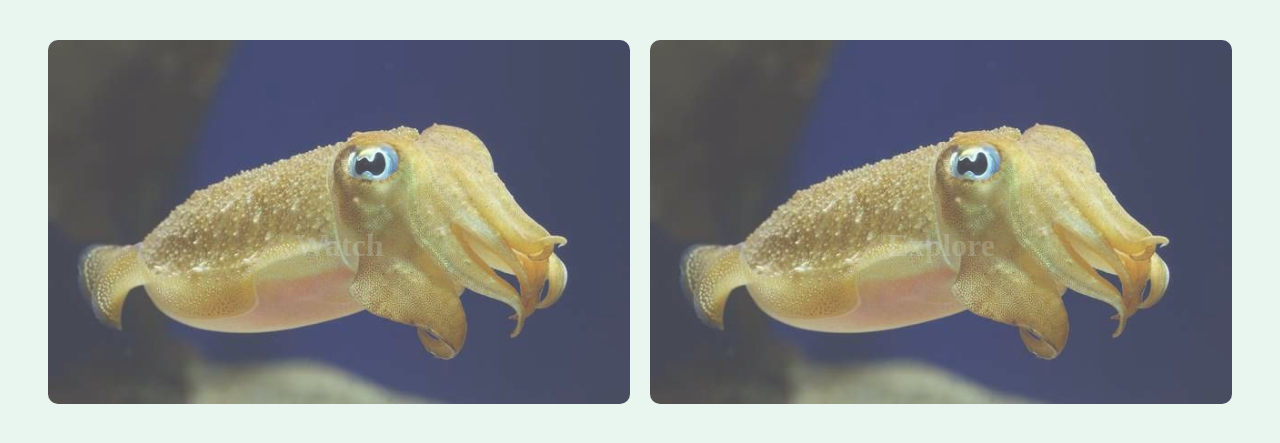
Repository: neomort/comm-lab-vid-site
Page: index.html
An editor plug-in stored every save of this project. The page is shown before and after the next save, followed by the edit.
The browser window is 1280 px wide. The pictures show the whole page.

Above is the page before, as saved 2021-09-12 21:53:54.

After the next save:
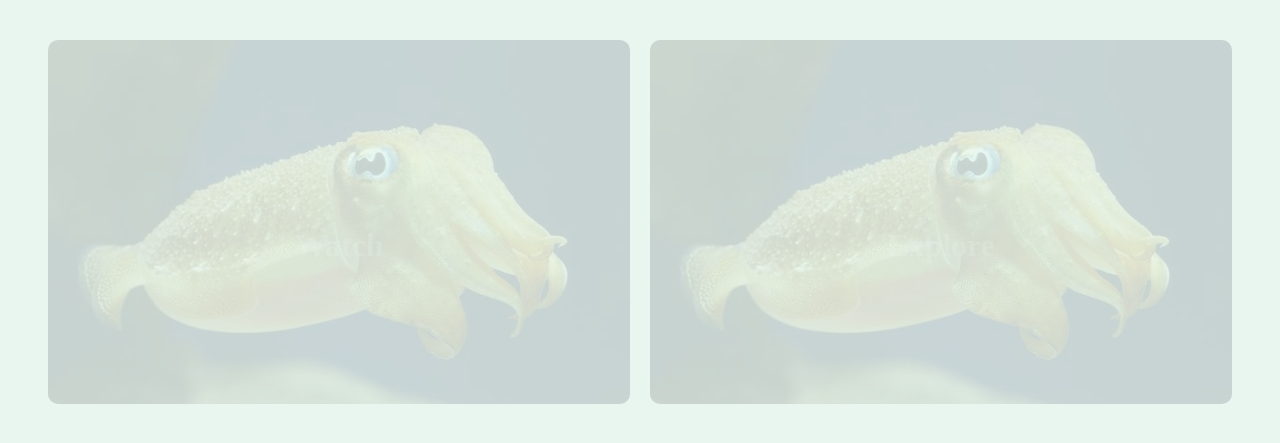
Saved 5 min 39 s later.
--- a/css/styles.css
+++ b/css/styles.css
@@ -71,6 +71,14 @@
 .container {
   position: relative;
   text-align: center;
+  opacity: 20%;
+  transition: 0.3s;
+}
+
+.container:hover {
+  position: relative;
+  text-align: center;
+  opacity: 100%;
 
 }
 
@@ -89,13 +97,13 @@
 }
 
 .container H1 {
-  opacity: 20%;
+  opacity: inherit;
   transition: 0.3s;
 }
 
 .container H1:hover {
-  opacity: 100%;
-  transition: 0.3s;
+  opacity: inherit;
+
 }
 
 
